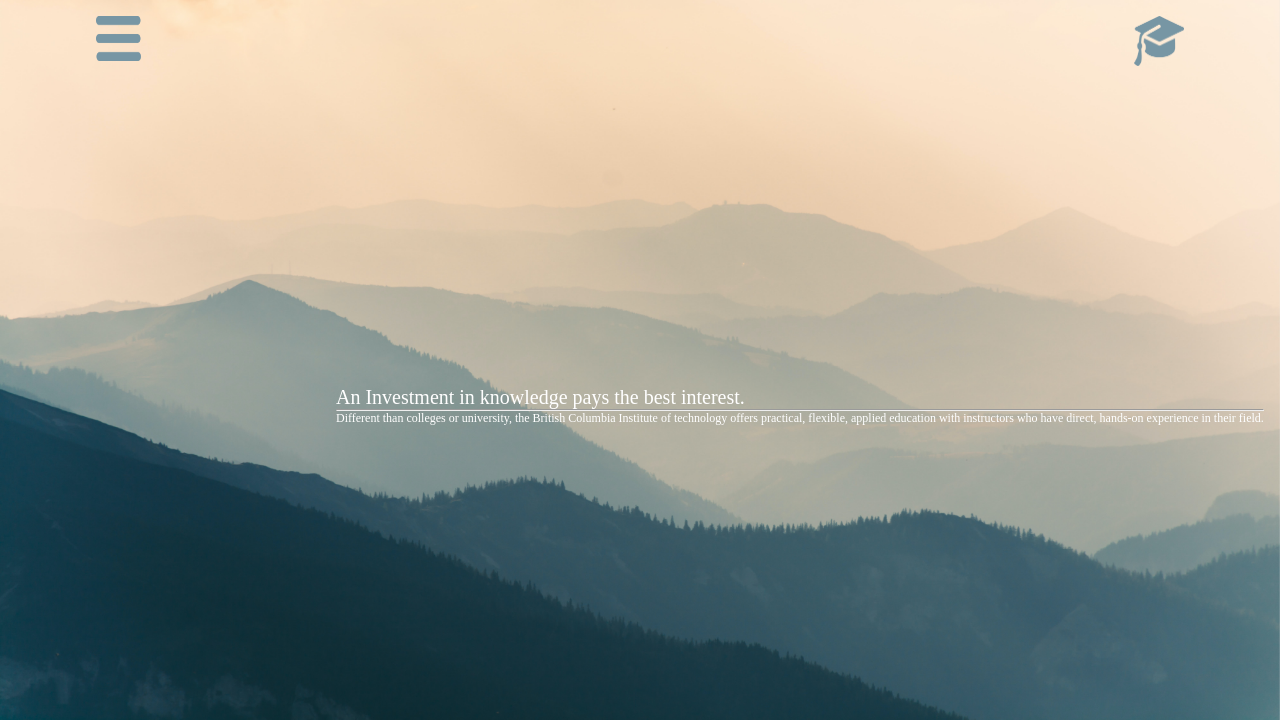
Repository: anoncoderin/assignment01-withCarousel-Madhu
Page: /
An editor plug-in stored every save of this project. The page is shown before and after the next save, followed by the edit.
The browser window is 1280 px wide. The pictures show the whole page.
The project was rebuilt for these pictures with package versions that can differ from the ones it lists, and the page was loaded fresh each time. The framework's server and built-in components were replaced by stand-ins that run in the browser. Also part of the build but not shown: next.config.js.

Above is the page before, as saved 2023-02-01 22:04:46.

After the next save:
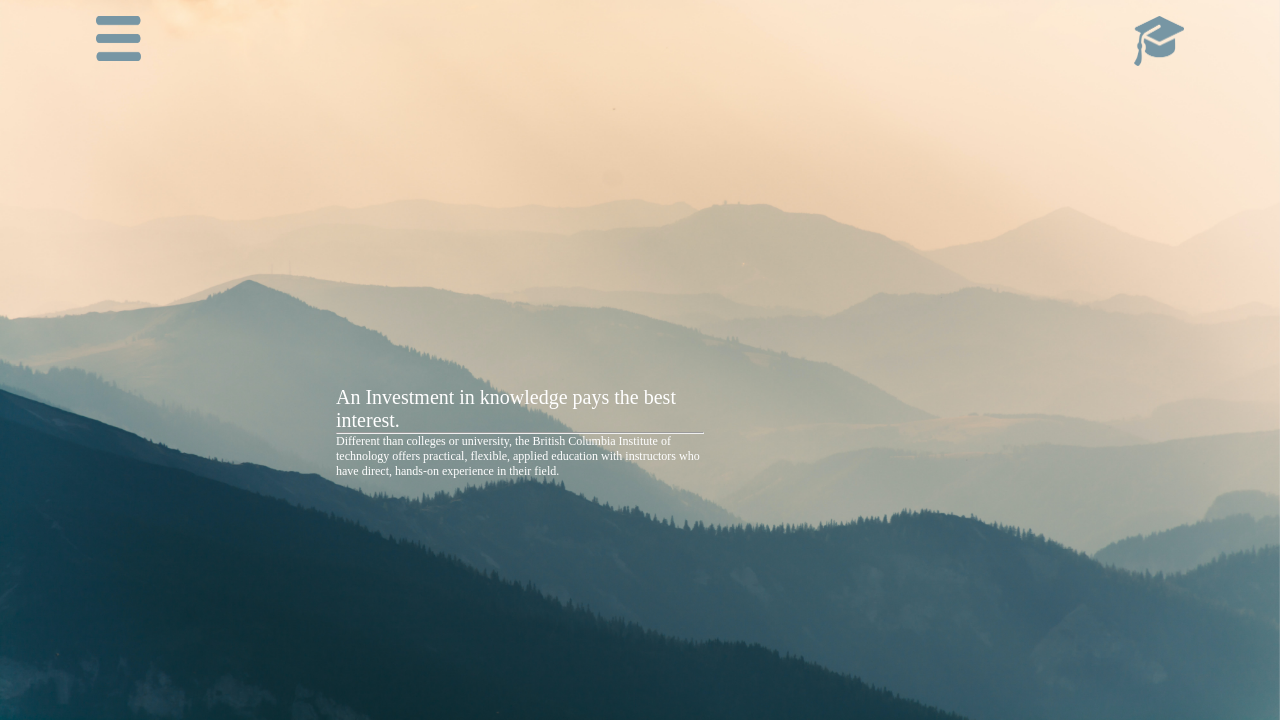
Saved 4 s later.
--- a/styles/Home.module.css
+++ b/styles/Home.module.css
@@ -36,7 +36,7 @@
   flex-direction: column;
   padding-left: 20rem;
   padding-top: 20rem;
-  padding-right: ;
+  padding-right: 35rem;
 }
 
 .smallp{
